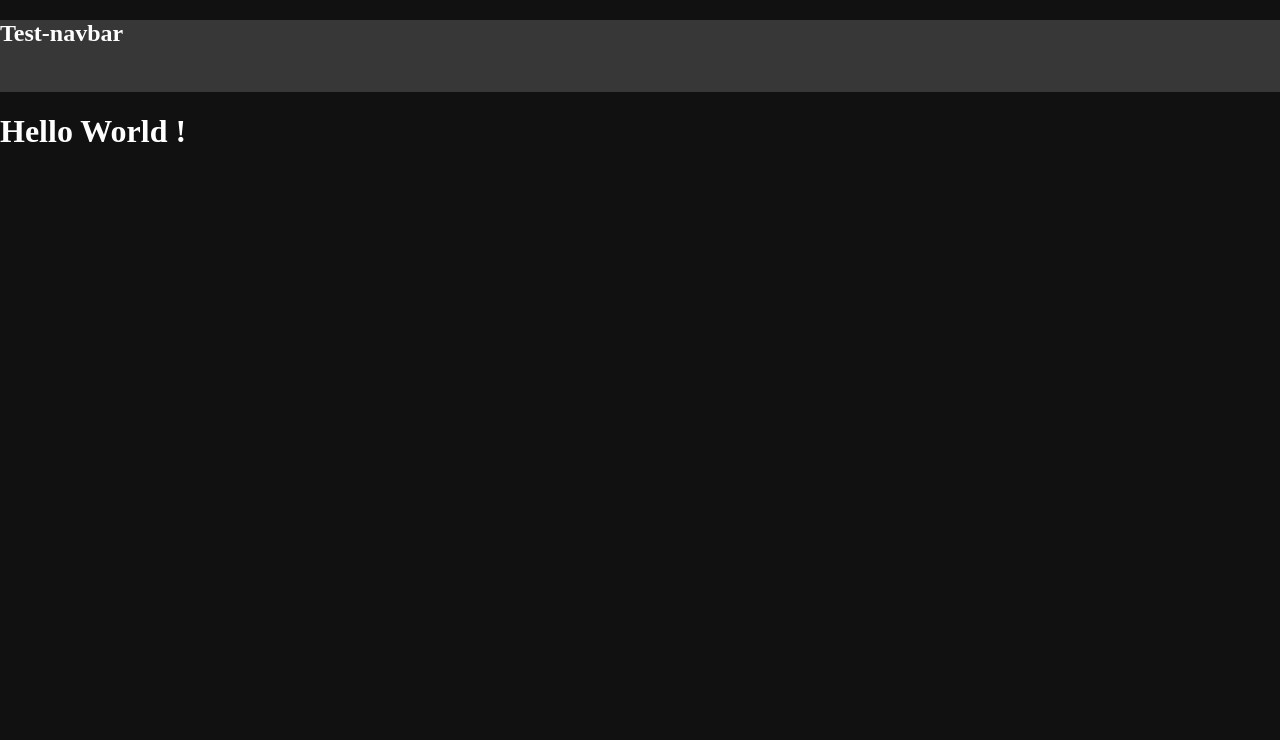
Repository: lolo298/lolo298.github.io
Page: index.html
An editor plug-in stored every save of this project. The page is shown before and after the next save, followed by the edit.
The browser window is 1280 px wide. The pictures show the whole page.

Above is the page before, as saved 2022-05-09 16:34:56.

### index.html
<!DOCTYPE html>
<html lang="en">

<head>
    <meta charset="UTF-8">
    <meta http-equiv="X-UA-Compatible" content="IE=edge">
    <meta name="viewport" content="width=device-width, initial-scale=1.0">
    <link rel="stylesheet" href="css/style.css">
    <title>Portfolio</title>
</head>

<body>
    <div class="main-container">
        <nav class="main-navbar">
            <h2>Test-navbar</h2>
        </nav>
        <h1>Hello World !</h1>

    </div>

</body>

</html>

### css/style.css
html {
    background-color: #111111;
}

.main-container {
    color: white;
    height: 100vh;
}

.main-navbar {
    background-color: #373737;
    height: 10%;
}

body,
.main-navbar {
    padding: 0;
    margin: 0;
}

After the next save:
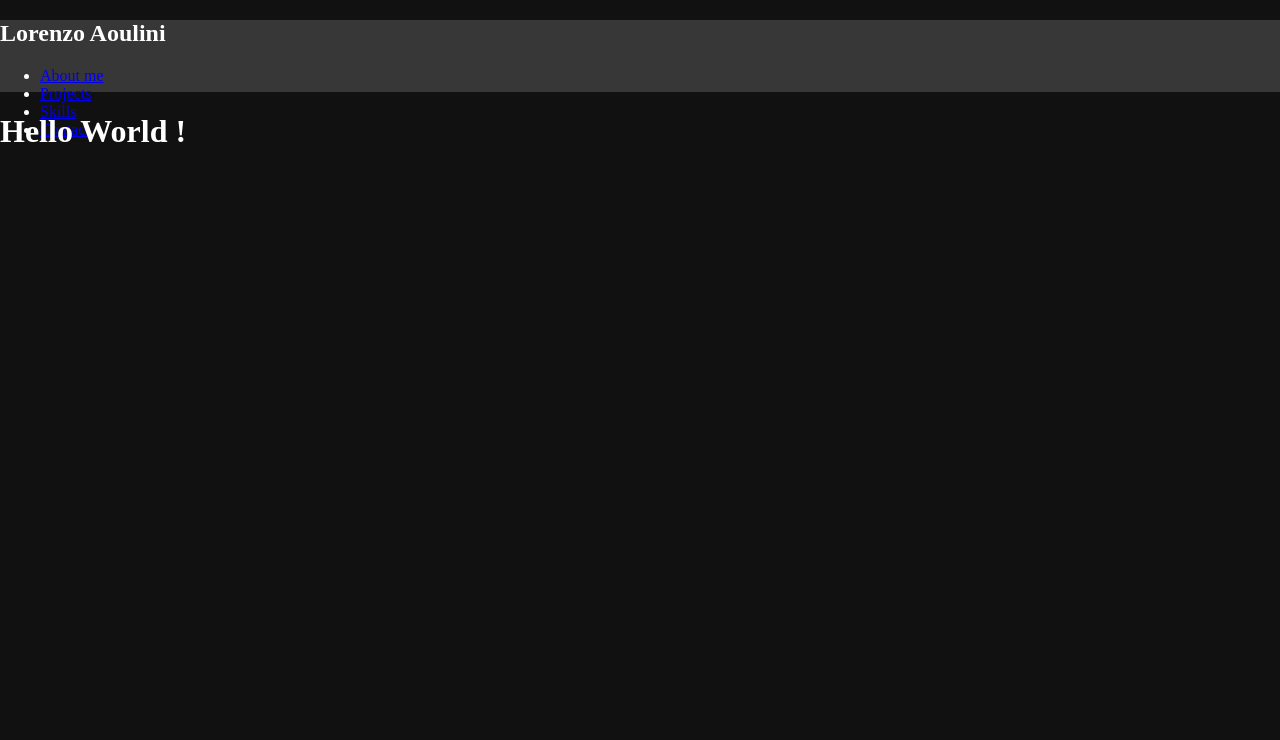
Saved 109 s later.
--- a/index.html
+++ b/index.html
@@ -12,7 +12,12 @@
 <body>
     <div class="main-container">
         <nav class="main-navbar">
-            <h2>Test-navbar</h2>
+            <h1>Lorenzo Aoulini</h1>
+            <ul class="main-navbar-list">
+                <li class="main-navbar-item"><a href="#">About me</a></li>
+                <li class="main-navbar-item"><a href="#">Projects</a></li>
+                <li class="main-navbar-item"><a href="#">Skills</a></li>
+                <li class="main-navbar-item"><a href="#">Contact</a></li>
         </nav>
         <h1>Hello World !</h1>
 
